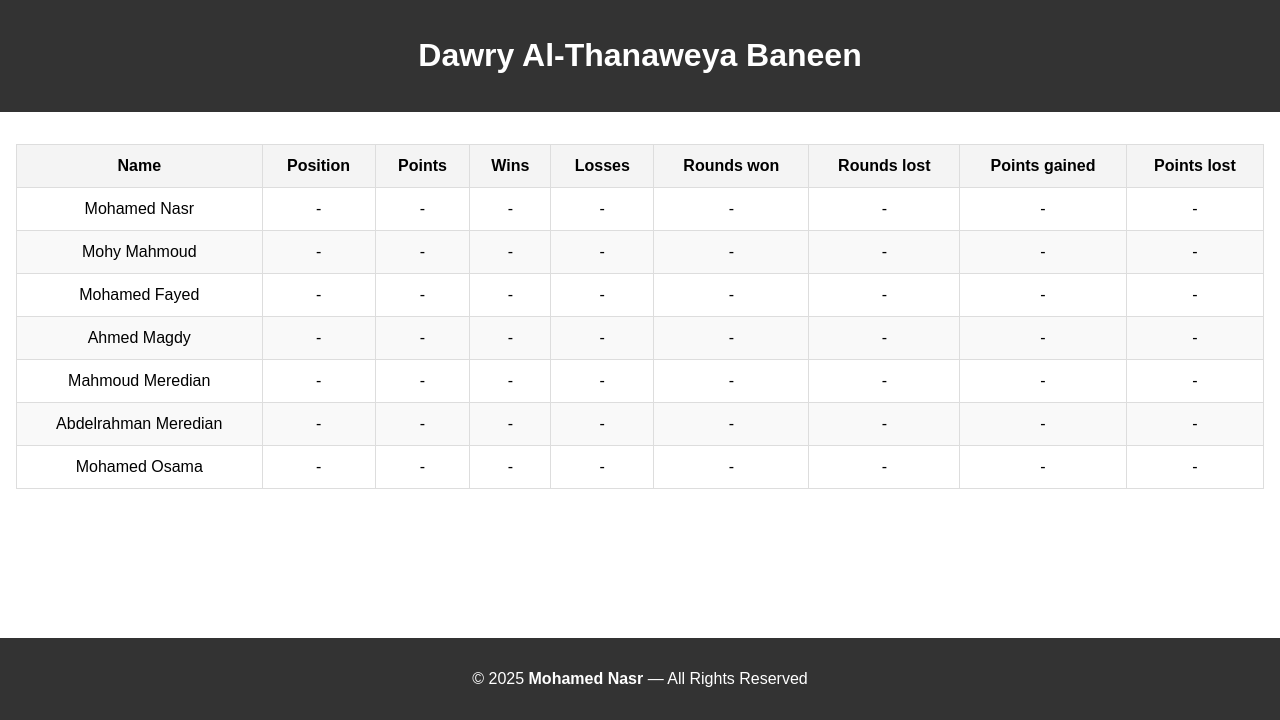
Repository: MohamedNasr95/Dawry-Al-Thanaweya-Baneen
Page: Index.html
An editor plug-in stored every save of this project. The page is shown before and after the next save, followed by the edit.
The browser window is 1280 px wide. The pictures show the whole page.

Above is the page before, as saved 2025-09-07 22:37:56.
Console error: TypeError: length is not a function

After the next save:
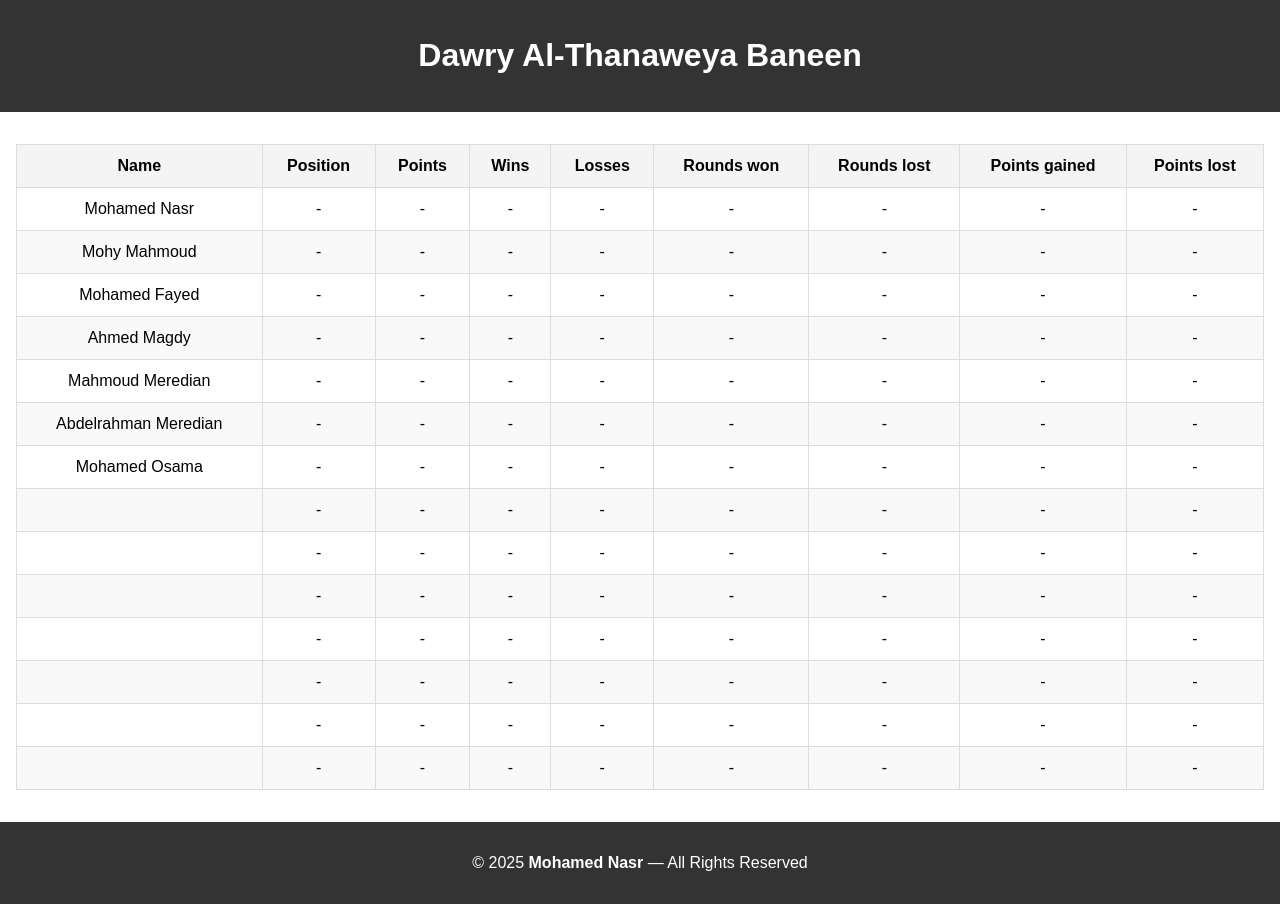
The error is gone.
Saved 9 s later.
--- a/script.js
+++ b/script.js
@@ -10,7 +10,7 @@ players = [{ID: 1, name: "Mohamed Nasr", position: 0, Points: 0, win: 0, loss: 0
     {ID: 7, name: "Mohamed Osama", position: 0, Points: 0, win: 0, loss: 0, rWin: 0, rLost: 0, pGained: 0, pLost:0},
 ]
 
-for( tVar = 0 ; tVar < length(players) ; tVar++ )
+for( tVar = 0 ; tVar < players.length ; tVar++ )
 {
     table.innerHTML +=
     `
